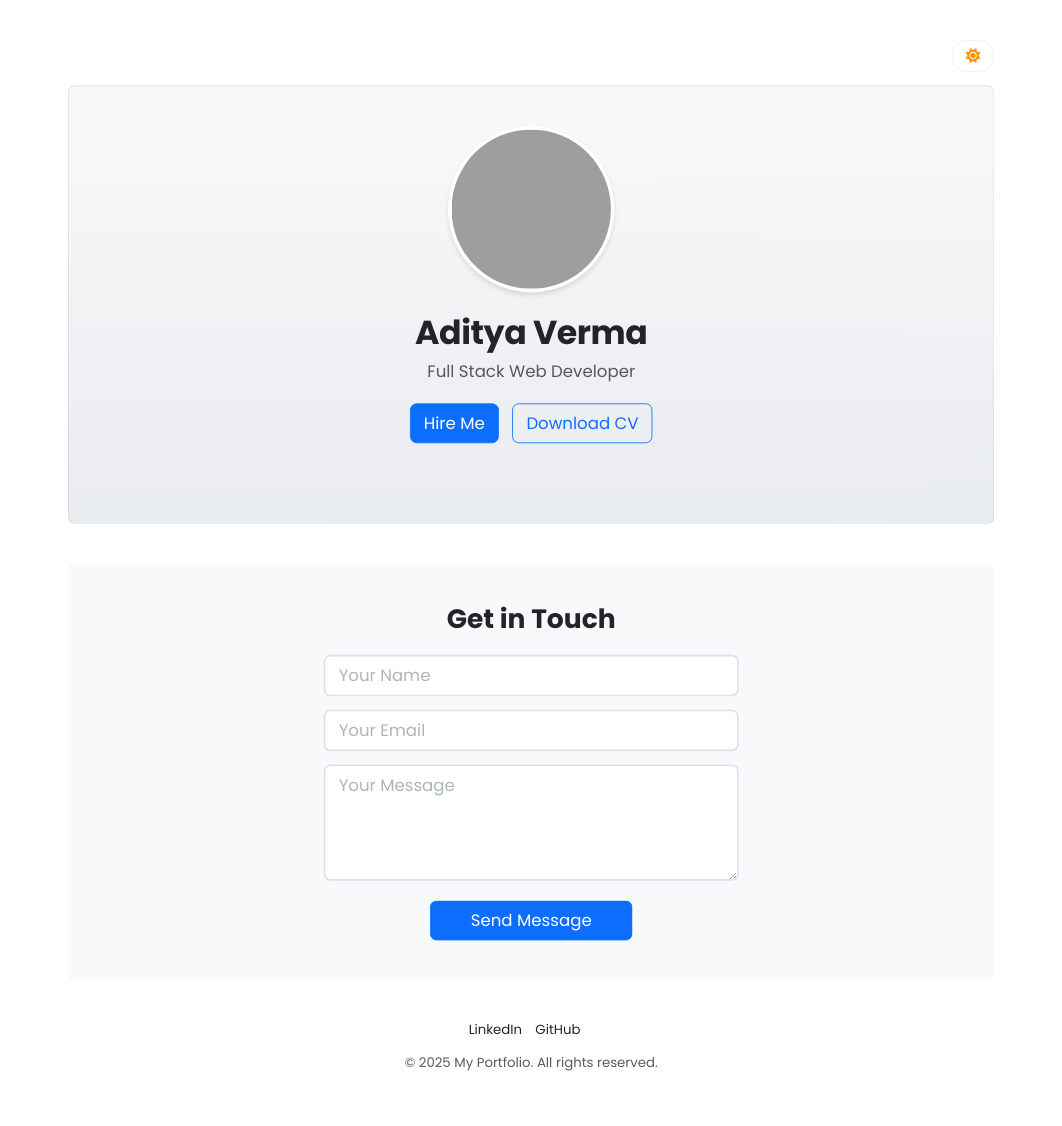
Repository: AdityaTech-Pro/FullStackWithBridgelabz
Page: Assignment10/Personal Portfolio Basics using Bootstrap Utilities/index.html
An editor plug-in stored every save of this project. The page is shown before and after the next save, followed by the edit.
The browser window is 1280 px wide. The pictures show the whole page, at 83% of full size.
Pictures or frames that could not be fetched are drawn as grey boxes.

Above is the page before, as saved 2025-11-10 11:35:34.

### Assignment10/Personal Portfolio Basics using Bootstrap Utilities/index.html
<!DOCTYPE html>
<html lang="en">

<head>
    <meta charset="UTF-8">
    <meta name="viewport" content="width=device-width, initial-scale=1.0">
    <title>My Portfolio - Bootstrap Utilities</title>
    <!-- Bootstrap CSS -->
    <link href="https://cdn.jsdelivr.net/npm/bootstrap@5.3.2/dist/css/bootstrap.min.css" rel="stylesheet">
    <!-- Font Awesome for icons -->
    <link rel="stylesheet" href="https://cdnjs.cloudflare.com/ajax/libs/font-awesome/6.4.2/css/all.min.css">
    <!-- Google Font: Poppins -->
    <link href="https://fonts.googleapis.com/css2?family=Poppins:wght@300;400;600;700&display=swap" rel="stylesheet">
    <!-- Local custom styles -->
    <link rel="stylesheet" href="styles.css">
    <style>
        /* Custom styles to complement Bootstrap */

         :root {
            --bg: #ffffff;
            --card-bg: #ffffff;
            --accent: #0d6efd;
            --text: #212529;
        }

        body {
            background-color: var(--bg);
            color: var(--text);
            transition: background-color 0.3s ease, color 0.3s ease;
        }

        .profile-section {
            background: linear-gradient(to bottom, #f8f9fa, #e9ecef);
            transition: transform 0.3s ease, background 0.3s ease;
        }
        /* Top bar with theme toggle */

        .topbar {
            display: flex;
            justify-content: flex-end;
            align-items: center;
            gap: 1rem;
            margin-bottom: 1rem;
        }

        .theme-toggle {
            display: inline-flex;
            align-items: center;
            gap: 0.5rem;
            background: transparent;
            border: 1px solid rgba(0, 0, 0, 0.08);
            padding: 0.6rem 1rem;
            border-radius: 999px;
            cursor: pointer;
            color: var(--text);
            transition: all 0.3s ease;
        }

        .theme-toggle:hover {
            background: rgba(0, 0, 0, 0.05);
            transform: translateY(-1px);
        }

        .theme-toggle:active {
            transform: translateY(1px);
        }

        .theme-toggle i {
            font-size: 1.1rem;
        }

        .theme-toggle .fa-sun {
            color: #ff9500;
        }

        .theme-toggle .fa-moon {
            display: none;
            color: #6366f1;
        }

        .dark-theme .theme-toggle .fa-sun {
            display: none;
        }

        .dark-theme .theme-toggle .fa-moon {
            display: inline-block;
        }

        .btn-custom {
            transition: transform 0.3s ease;
        }

        .btn-custom:hover {
            transform: translateY(-2px);
        }

        .form-control:focus {
            box-shadow: 0 0 0 0.25rem rgba(13, 110, 253, 0.2);
        }

        .profile-img {
            width: 200px;
            height: 200px;
            object-fit: cover;
            border: 4px solid white;
            box-shadow: 0 4px 6px rgba(0, 0, 0, 0.1);
            transition: transform 0.25s ease;
        }

        .profile-img:hover {
            transform: scale(1.03);
        }
        /* Dark theme overrides */

        body.dark-theme {
            --bg: #0f1724;
            --card-bg: #111827;
            --muted: #9ca3af;
            --accent: #60a5fa;
            --text: #e6eef8;
        }

        .dark-theme .profile-section {
            background: linear-gradient(180deg, rgba(255, 255, 255, 0.02), rgba(255, 255, 255, 0.01));
        }

        .dark-theme .bg-light {
            background-color: #0b1220 !important;
            color: var(--text) !important;
            border: 1px solid rgba(255, 255, 255, 0.04);
        }

        .dark-theme .text-muted {
            color: var(--muted) !important;
        }

        .dark-theme .theme-toggle {
            border-color: rgba(255, 255, 255, 0.1);
        }

        .dark-theme .theme-toggle:hover {
            background: rgba(255, 255, 255, 0.05);
        }
        /* Small polish */

        .max-width-500 {
            max-width: 500px;
        }

        footer a {
            color: inherit;
        }

        @media (max-width: 768px) {
            .profile-img {
                width: 150px;
                height: 150px;
            }
            .topbar {
                justify-content: center;
            }
        }
    </style>
</head>

<body>
    <!-- Main Container -->
    <div class="container py-5">
        <!-- Top bar: theme toggle and quick actions -->
        <div class="topbar">
            <button id="themeToggle" class="theme-toggle" aria-pressed="false" aria-label="Toggle dark mode">
                <i class="fas fa-sun" aria-hidden="true"></i>
                <i class="fas fa-moon" aria-hidden="true"></i>
                <span class="visually-hidden">Toggle theme</span>
            </button>
        </div>
        <!-- Profile Section -->
        <section class="profile-section p-5 rounded-3 text-center mb-5">
            <img src="https://avatars.githubusercontent.com/u/219658559?s=400&u=7e5a78b2bf82817b3f897e4e53b1019b24af58ee&v=4" alt="Profile Picture" class="profile-img img-fluid rounded-circle mb-4">

            <h1 class="fw-bold mb-2">Aditya Verma</h1>
            <p class="text-muted fs-5 mb-4">Full Stack Web Developer</p>

            <!-- Action Buttons -->
            <div class="d-flex justify-content-center gap-3 mb-5">
                <button class="btn btn-primary btn-lg btn-custom">
                    Hire Me
                </button>
                <button class="btn btn-outline-primary btn-lg btn-custom">
                    Download CV
                </button>
            </div>
        </section>

        <!-- Contact Form Section -->
        <section class="bg-light p-5 rounded-3">
            <h2 class="text-center fw-bold mb-4">Get in Touch</h2>

            <form class="max-width-500 mx-auto">
                <div class="mb-3">
                    <input type="text" class="form-control form-control-lg" placeholder="Your Name" required>
                </div>

                <div class="mb-3">
                    <input type="email" class="form-control form-control-lg" placeholder="Your Email" required>
                </div>

                <div class="mb-4">
                    <textarea class="form-control form-control-lg" rows="4" placeholder="Your Message" required></textarea>
                </div>

                <div class="text-center">
                    <button type="submit" class="btn btn-primary btn-lg px-5 btn-custom">
                        Send Message
                    </button>
                </div>
            </form>
        </section>

        <!-- Footer -->
        <footer class="text-center mt-5">
            <div class="d-flex justify-content-center gap-3">
                <a href="https://www.linkedin.com/in/aditya-verma-2a3915289/" class="text-decoration-none text-dark">LinkedIn</a>
                <a href="https://github.com/AdityaTech-Pro" class="text-decoration-none text-dark">GitHub</a>
                <a href="#" class="text-decoration-none text-dark"></a>
            </div>
            <p class="text-muted mt-3">&copy; 2025 My Portfolio. All rights reserved.</p>
        </footer>
    </div>

    <!-- Theme toggle script -->
    <script>
        (function() {
            const toggle = document.getElementById('themeToggle');
            const body = document.body;
            const saved = localStorage.getItem('theme');

            function applyTheme(theme) {
                if (theme === 'dark') {
                    body.classList.add('dark-theme');
                    toggle.setAttribute('aria-pressed', 'true');
                } else {
                    body.classList.remove('dark-theme');
                    toggle.setAttribute('aria-pressed', 'false');
                }
            }

            // initial theme: saved -> user preference -> light
            if (saved) {
                applyTheme(saved);
            } else if (window.matchMedia && window.matchMedia('(prefers-color-scheme: dark)').matches) {
                applyTheme('dark');
            }

            toggle.addEventListener('click', function() {
                const isDark = body.classList.toggle('dark-theme');
                localStorage.setItem('theme', isDark ? 'dark' : 'light');
                toggle.setAttribute('aria-pressed', String(isDark));
            });
        })();
    </script>

    <!-- Bootstrap JS -->
    <script src="https://cdn.jsdelivr.net/npm/bootstrap@5.3.2/dist/js/bootstrap.bundle.min.js"></script>
</body>

</html>

### Assignment10/Personal Portfolio Basics using Bootstrap Utilities/styles.css
/* Custom styles to enhance Bootstrap */

/* Body and general styles */
body {
    font-family: 'Poppins', 'Segoe UI', system-ui, -apple-system, sans-serif;
    background-color: #ffffff;
}

/* Container max-width for larger screens */
.container {
    max-width: 1140px;
}

/* Profile section styling */
.profile-section {
    background: linear-gradient(135deg, #f8f9fa 0%, #e9ecef 100%);
    border: 1px solid rgba(0, 0, 0, 0.1);
    transition: transform 0.3s ease;
}

.profile-section:hover {
    transform: translateY(-5px);
}

/* Profile image styling */
.profile-img {
    width: 200px;
    height: 200px;
    object-fit: cover;
    border: 4px solid white;
    box-shadow: 0 4px 15px rgba(0, 0, 0, 0.1);
    transition: transform 0.3s ease;
}

.profile-img:hover {
    transform: scale(1.05);
}

/* Button enhancements */
.btn-custom {
    transition: all 0.3s ease;
    position: relative;
    overflow: hidden;
}

.btn-custom:hover {
    transform: translateY(-2px);
    box-shadow: 0 5px 15px rgba(0, 0, 0, 0.1);
}

.btn-custom:active {
    transform: translateY(0);
}

/* Form styling */
.form-control {
    border: 2px solid #dee2e6;
    transition: all 0.3s ease;
}

.form-control:focus {
    border-color: #0d6efd;
    box-shadow: 0 0 0 0.25rem rgba(13, 110, 253, 0.2);
}

.form-control::placeholder {
    color: #adb5bd;
}

/* Social links styling */
.social-links a {
    transition: color 0.3s ease, transform 0.15s ease;
    color: #0d6efd;
    font-weight: 700;
}

.social-links a:hover {
    color: #0b5ed7 !important;
    transform: translateY(-1px);
}

/* Custom animations */
@keyframes fadeInUp {
    from {
        opacity: 0;
        transform: translateY(20px);
    }
    to {
        opacity: 1;
        transform: translateY(0);
    }
}

.profile-section, .contact-form {
    animation: fadeInUp 0.5s ease-out forwards;
}

/* Form success state */
.form-control:valid {
    border-color: #198754;
}

/* Custom section styling */
.custom-section {
    border-radius: 15px;
    overflow: hidden;
}

/* Typography enhancements */
h1 {
    letter-spacing: -0.5px;
}

.tagline {
    font-size: 1.25rem;
    color: #6c757d;
}

/* Responsive adjustments */
@media (max-width: 768px) {
    .profile-img {
        width: 150px;
        height: 150px;
    }

    .btn-custom {
        width: 100%;
        margin-bottom: 0.5rem;
    }

    .profile-section {
        padding: 2rem !important;
    }
}

/* Dark mode support */
@media (prefers-color-scheme: dark) {
    body {
        background-color: #212529;
        color: #f8f9fa;
    }

    .profile-section {
        background: linear-gradient(135deg, #343a40 0%, #212529 100%);
    }

    .form-control {
        background-color: #343a40;
        border-color: #495057;
        color: #f8f9fa;
    }

    .form-control::placeholder {
        color: #6c757d;
    }

    .bg-light {
        background-color: #343a40 !important;
    }

    .text-dark {
        color: #f8f9fa !important;
    }
}

/* When user toggles dark-theme via JS */
.dark-theme .social-links a {
    color: #93c5fd;
}

.dark-theme .social-links a:hover {
    color: #60a5fa !important;
}

/* Handle anchors that also carry Bootstrap's .text-dark (which uses !important) */
.social-links a.text-dark {
    color: #0d6efd !important;
    font-weight: 700;
}

.dark-theme .social-links a.text-dark {
    color: #93c5fd !important;
}

/* Loading animation */
.page-loading {
    opacity: 0;
    animation: fadeIn 0.5s ease-out forwards;
}

@keyframes fadeIn {
    to {
        opacity: 1;
    }
}

/* Custom scrollbar */
::-webkit-scrollbar {
    width: 10px;
}

::-webkit-scrollbar-track {
    background: #f1f1f1;
}

::-webkit-scrollbar-thumb {
    background: #888;
    border-radius: 5px;
}

::-webkit-scrollbar-thumb:hover {
    background: #555;
}

After the next save:
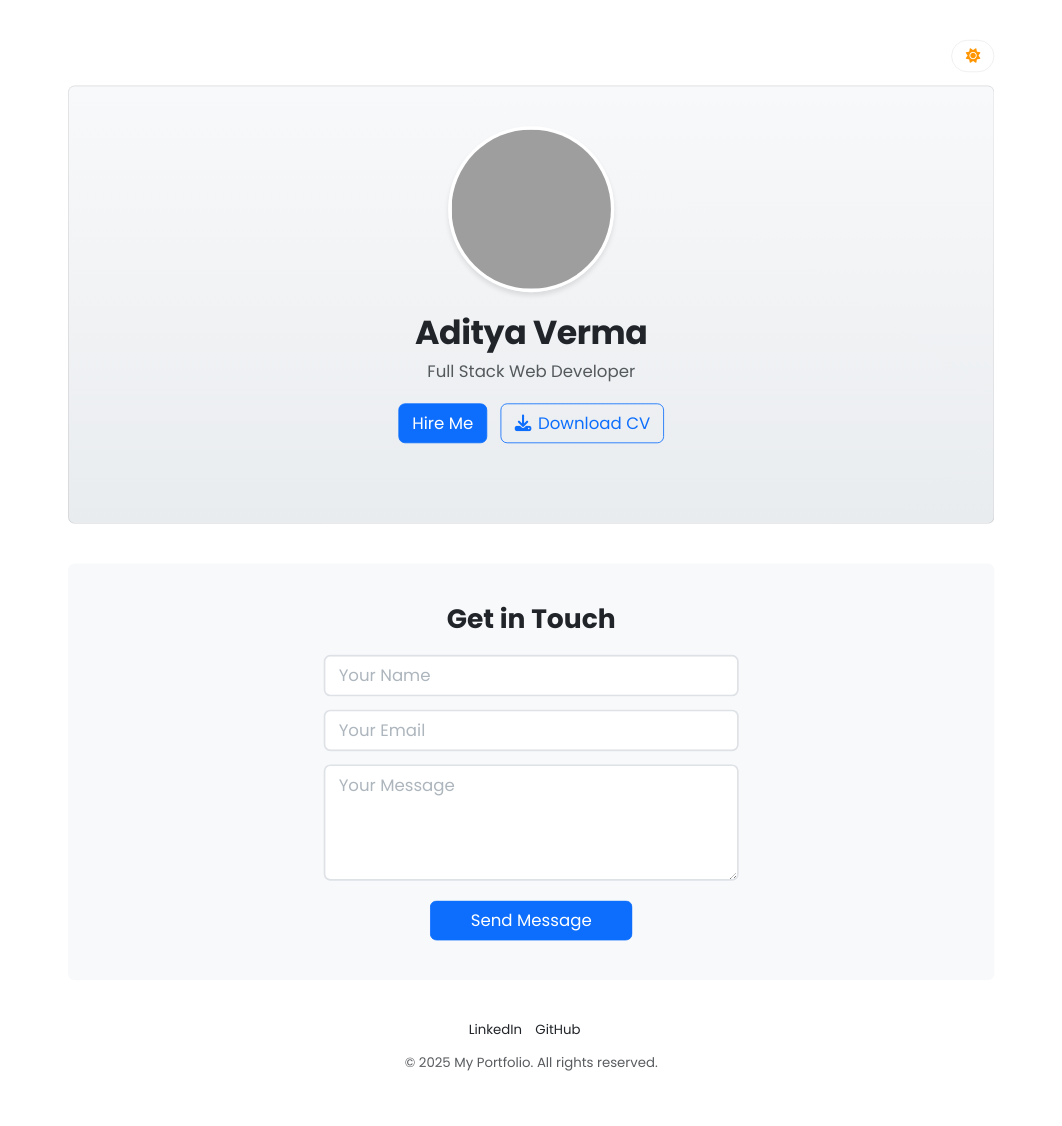
Saved 51 s later.
--- a/Assignment10/Personal Portfolio Basics using Bootstrap Utilities/index.html
+++ b/Assignment10/Personal Portfolio Basics using Bootstrap Utilities/index.html
@@ -186,9 +186,9 @@
                 <button class="btn btn-primary btn-lg btn-custom">
                     Hire Me
                 </button>
-                <button class="btn btn-outline-primary btn-lg btn-custom">
-                    Download CV
-                </button>
+                <a href="assets/Aditya_Verma_CV.pdf" class="btn btn-outline-primary btn-lg btn-custom" download>
+                    <i class="fas fa-download me-2"></i>Download CV
+                </a>
             </div>
         </section>
 
